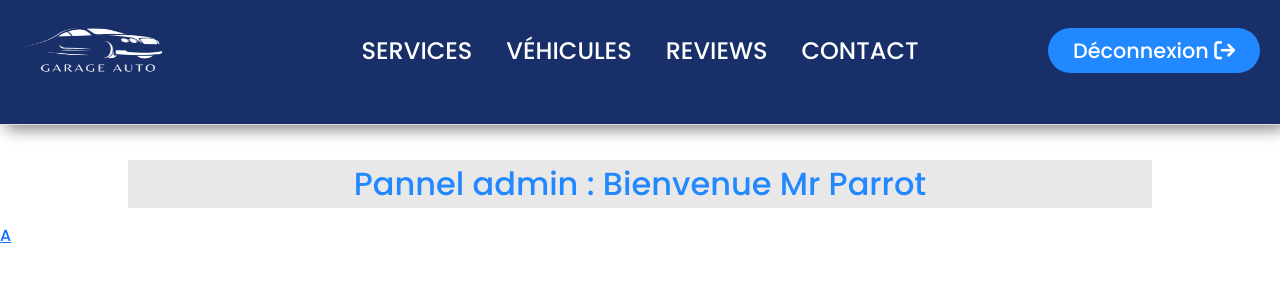
Repository: haifabilel/garage_ecf
Page: http://localhost/espace_admin/admin_page.php
These files come from the project's save history. The page is drawn as it stood at one moment and after the next save; the edit follows.
The browser window is 1280 px wide. The pictures show the whole page.
Some web fonts or font styles are not loaded; a fallback is used. Some web libraries are served in a nearby version. The page is run by PHP 8.4 with error messages shown; the project is at /var/www/html/.

Above is the page before, as saved 2023-10-14 14:33:12.

After the next save:
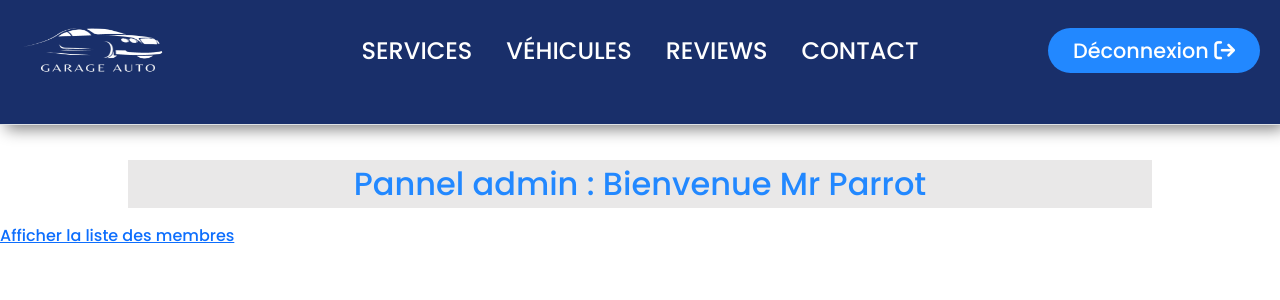
Saved 11 s later.
--- a/espace_admin/admin_page.php
+++ b/espace_admin/admin_page.php
@@ -44,7 +44,7 @@
     </header>
     <section class="pannel_admin">
      <p class="dashboard-title">Pannel admin : Bienvenue Mr Parrot</p>
-    <a href="list_employés.php">A</a>
+    <a href="list_employés.php">Afficher la liste des membres</a>
 
 
     </section>
